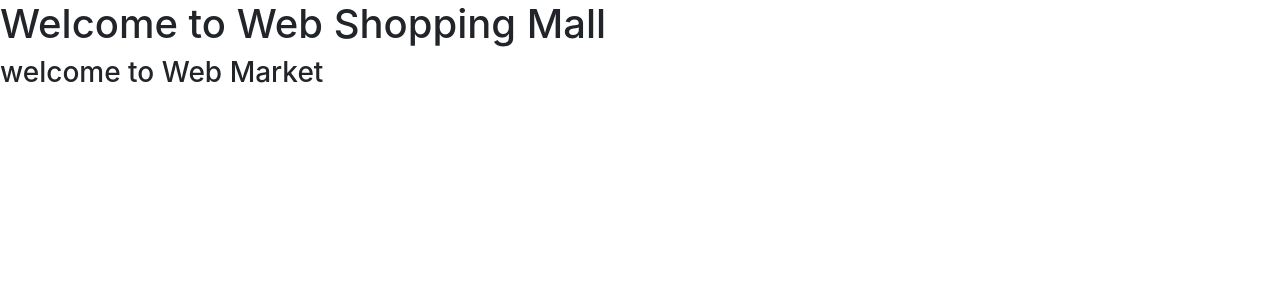
Repository: suinautant/learnCode
Page: http://localhost/WebMarket/welcome.jsp
An editor plug-in stored every save of this project. The page is shown before and after a run of saves, followed by the edit.
The browser window is 1280 px wide. The pictures show the whole page.
The page is served by Tomcat 9. Nobody is signed in. The application's start-up code is not run. Other server files are loaded and not shown.

Above is the page before, as saved 2021-06-30 01:23:20.

### jsp/WebMarket/WebContent/welcome.jsp
<%@ page language="java" contentType="text/html; charset=EUC-KR"
	pageEncoding="EUC-KR"
%>
<!DOCTYPE html>
<html>
<head>
<link rel="stylesheet"
	href="https://maxcdn.bootstrapcdn.com/bootstrap/4.0.0/css/bootstrap.min.css"
>
<meta charset="EUC-KR">
<title>Welcome</title>
</head>
<body>
	<h1>Welcome to Web Shopping Mall</h1>
	<h3>welcome to Web Market</h3>
</body>
</html>

After the next 2 saves:
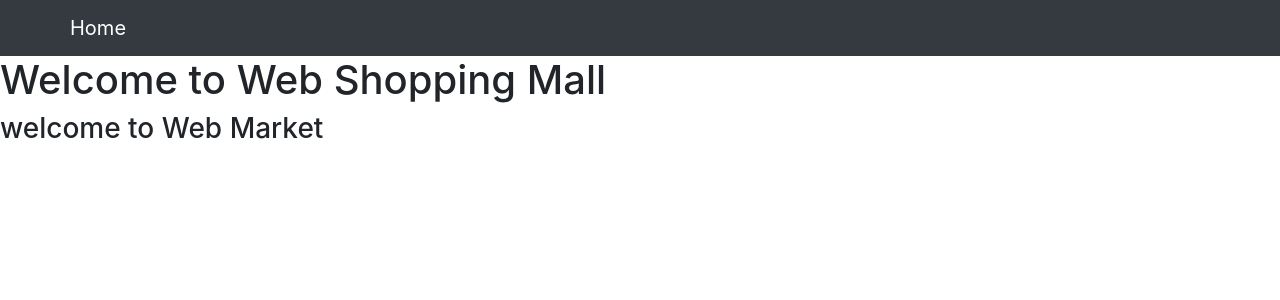
The 2 saves are shown as one change because they came seconds apart.
The last was saved 2 min 28 s later.
--- a/jsp/WebMarket/WebContent/welcome.jsp
+++ b/jsp/WebMarket/WebContent/welcome.jsp
@@ -11,6 +11,13 @@
 <title>Welcome</title>
 </head>
 <body>
+	<nav class="navbar navbar-expand navbar-dark bg-dark">
+		<div class="container">
+			<div class="navbar-header">
+				<a class="navbar-brand" href="./welcome.jsp">Home</a>
+			</div>
+		</div>
+	</nav>
 	<h1>Welcome to Web Shopping Mall</h1>
 	<h3>welcome to Web Market</h3>
 </body>
